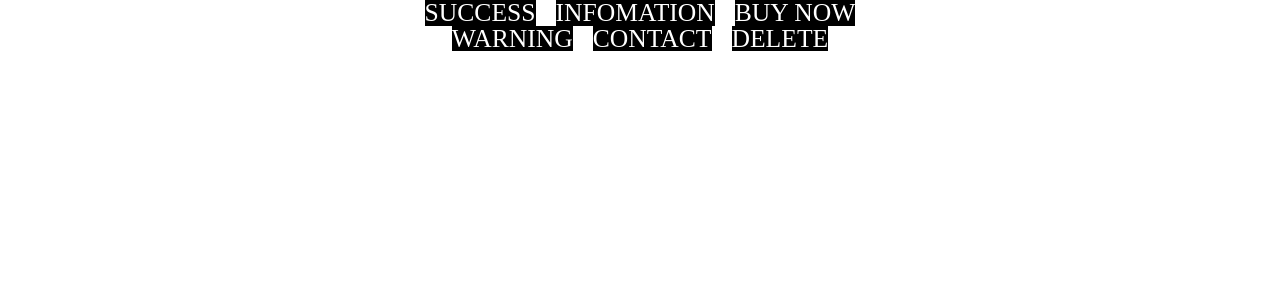
Repository: ThanhPhongsof/Css-Course
Page: index.html
These files come from the project's save history. The page is drawn as it stood at one moment and after the next save; the edit follows.
The browser window is 1280 px wide. The pictures show the whole page.

Above is the page before, as saved 2022-05-16 08:05:59.

### index.html
<!DOCTYPE html>
<html lang="en">
  <head>
    <meta charset="UTF-8" />
    <meta http-equiv="X-UA-Compatible" content="IE=edge" />
    <meta name="viewport" content="width=device-width, initial-scale=1.0" />
    <title>Document</title>
    <link rel="stylesheet" href="./reset.css" />
    <link rel="stylesheet" href="./styles.css" />
  </head>
  <body>
    <div class="group-button">
      <a href="" class="button button--green">success</a>
      <a href="" class="button button--blue">infomation</a>
      <a href="" class="button button--purple">buy now</a>
    </div>
    <div class="group-button">
      <a href="" class="button button--orange">warning</a>
      <a href="" class="button button--red">contact</a>
      <a href="" class="button button--pink">delete</a>
    </div>
  </body>
</html>

### styles.css
.group-button {
  display: flex;
  align-items: center;
  justify-content: center;
  gap: 20px;
}

.button {
  text-decoration: none;
  text-transform: uppercase;
  background: #000;
  color: white;
  font-size: 1.6rem;
}

.button--green {
}

Loaded but not shown: reset.css (common file)

After the next save:
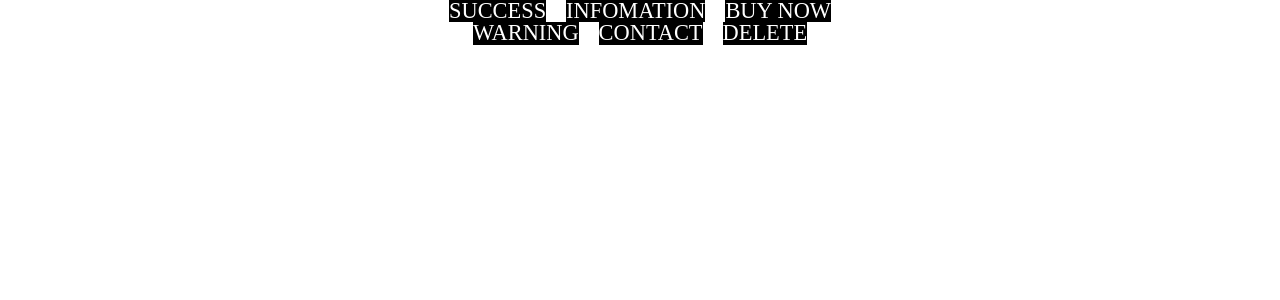
Saved 4 s later.
--- a/styles.css
+++ b/styles.css
@@ -10,7 +10,7 @@
   text-transform: uppercase;
   background: #000;
   color: white;
-  font-size: 1.6rem;
+  font-size: 1.4rem;
 }
 
 .button--green {
